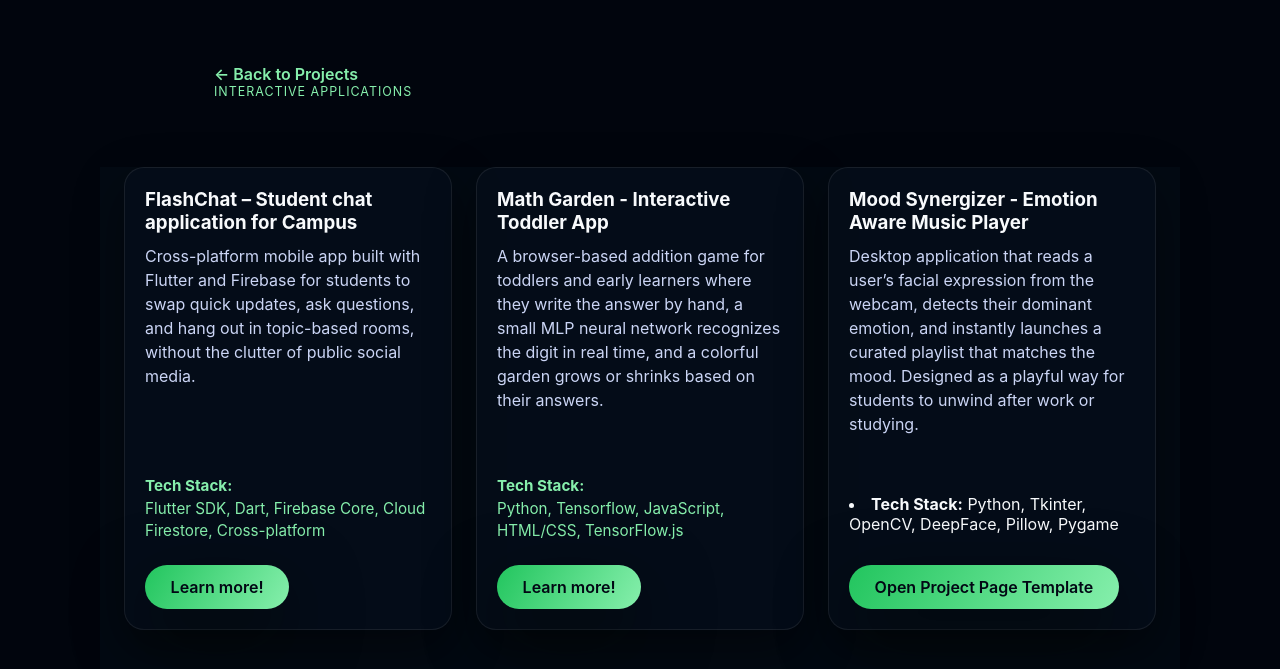
Repository: Abdulaziz-04/Abdulaziz-04.github.io
Page: projects/interactive_apps.html
The author's editor kept a copy of each file at every save. The page is drawn from the files as they stood at one save, then again after the next save.
The browser window is 1280 px wide. The pictures show the whole page.

Above is the page before, as saved 2025-11-20 16:16:24.

After the next save:
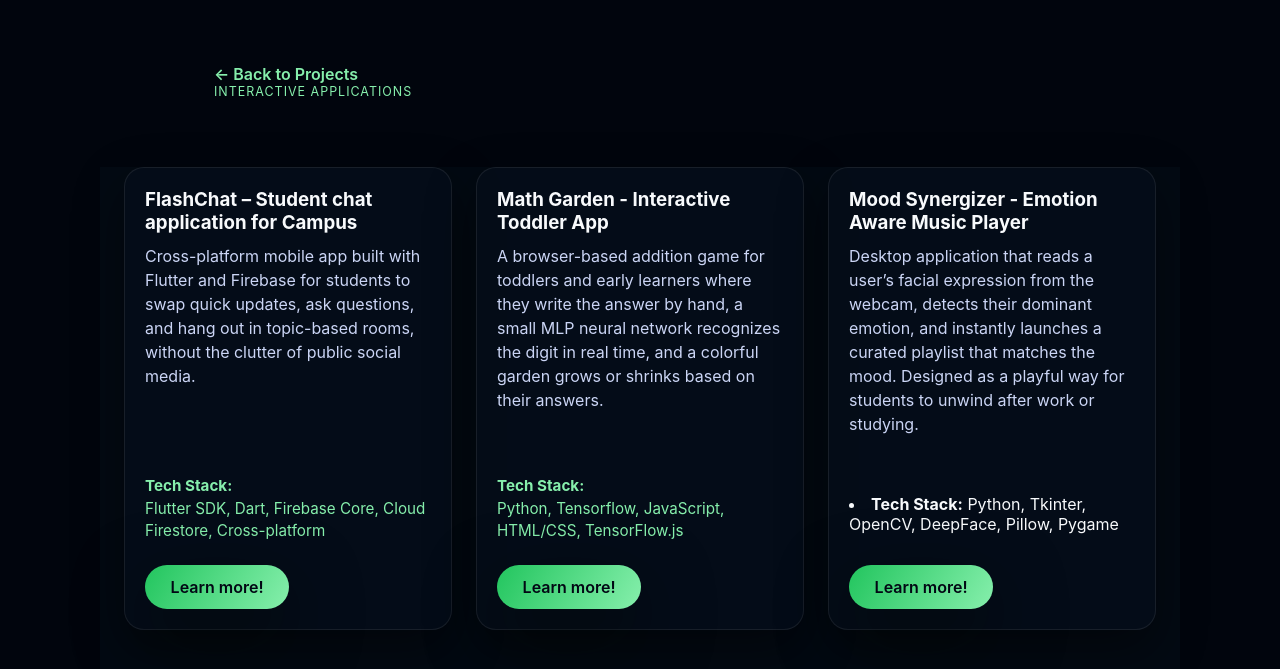
Saved 21 s later.
--- a/projects/interactive_apps.html
+++ b/projects/interactive_apps.html
@@ -77,8 +77,10 @@
               </li>
             </p>
             <div class="project-modal__actions">
-              <a class="btn primary" href="project-template.html"
-                >Open Project Page Template</a
+              <a
+                class="btn primary"
+                href="../deepdives/interactive_apps/mood_synergizer/mood.synergizer.html"
+                >Learn more!</a
               >
             </div>
           </div>
